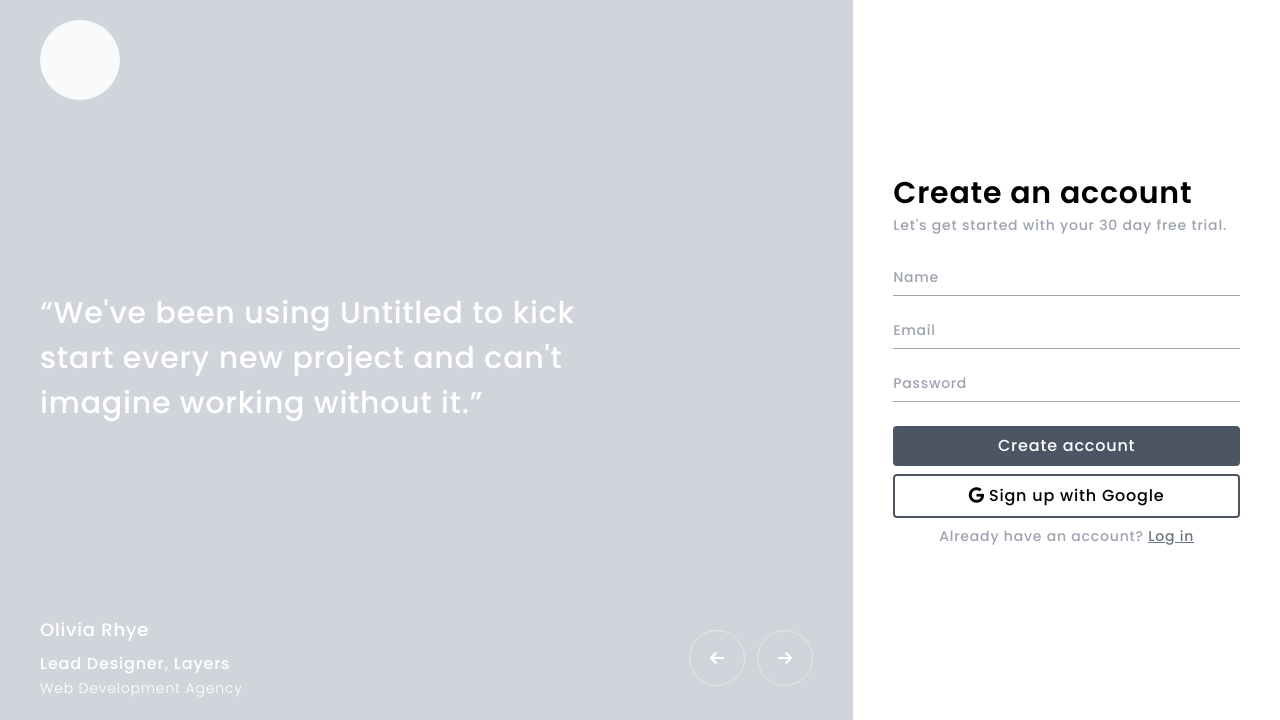
Repository: debthebuilder/youtube-html-contact-form-tailwindcss
Page: contact.html
An editor plug-in stored every save of this project. The page is shown before and after the next save, followed by the edit.
The browser window is 1280 px wide. The pictures show the whole page.
Some web libraries are served in a nearby version.

Above is the page before, as saved 2022-08-03 07:04:00.

### contact.html
<!DOCTYPE html>
<html lang="en">
<head>
    <meta charset="UTF-8">
    <meta http-equiv="X-UA-Compatible" content="IE=edge">
    <meta name="viewport" content="width=device-width, initial-scale=1.0">
    <link rel="stylesheet" href="https://cdnjs.cloudflare.com/ajax/libs/font-awesome/6.1.2/css/all.min.css" integrity="sha512-1sCRPdkRXhBV2PBLUdRb4tMg1w2YPf37qatUFeS7zlBy7jJI8Lf4VHwWfZZfpXtYSLy85pkm9GaYVYMfw5BC1A==" crossorigin="anonymous" referrerpolicy="no-referrer" />
    <link rel="preconnect" href="https://fonts.googleapis.com">
    <link rel="preconnect" href="https://fonts.gstatic.com" crossorigin>
    <link href="https://fonts.googleapis.com/css2?family=Poppins:wght@300;500;600&display=swap" rel="stylesheet">
    <link href="stylesheet.css" rel="stylesheet">
    <script src="https://cdn.tailwindcss.com"></script>
    <title>Responsive HTML Contact Form with Tailwind CSS</title>
</head>
<body>
    <div class="w-full h-screen flex tracking-wider">
        <!--Background Image with Overlay text-->
        <div class="hidden md:block md:w-4/6 text-white bg-gray-300  md:flex md:flex-col md:justify-between py-5 px-10  bgImg">
            <a href="#" class="block">
                <div class="w-20 h-20 bg-gray-50 rounded-full"></div>
            </a>
            <q class="text-3xl leading-normal w-3/4">We've been using Untitled to kick start every new project and can't imagine working without it.</q>
            <div class="flex flex-row items-center justify-between">
                <div>
                    <h3 class="mb-2 text-lg">Olivia Rhye</h3>
                    <div class="font-normal">Lead Designer, Layers</div>
                    <span class="font-light text-sm">Web Development Agency</span>
                </div>
                <div class="flex">
                    <span class="w-14 h-14 flex items-center justify-center border rounded-full">
                        <i class="fa-solid fa-arrow-left"></i>
                    </span>
                    <span class="w-14 h-14 flex items-center justify-center border rounded-full ml-3">
                        <i class="fa-solid fa-arrow-right"></i>
                    </span>

                </div>
            </div>
        </div>
        <!--Form-->
        <div class="w-full md:w-2/6 px-3 md:px-10 flex flex-col justify-center">
            <a href="#" class="block md:hidden mb-2">
                <div class="w-20 h-20 bg-gray-500 rounded-full"></div>
            </a>
            <h2 class="text-2xl lg:text-3xl font-semibold">Create an account</h2>
            <span class="text-xs md:text-sm text-gray-400 mt-1">Let's get started with your 30 day free trial.</span>
            <form class="mt-5">
                <input type="text" name="name" placeholder="Name" class="w-full border-b border-gray-400 placeholder:text-gray-400 pb-2  text-sm tracking-wider focus:outline-none focus:border-0 focus:border-b-2 my-3">
                <input type="email" name="email" placeholder="Email" class="w-full border-b border-gray-400 placeholder:text-gray-400 pb-2  text-sm tracking-wider focus:outline-none focus:border-0 focus:border-b-2 my-3">
                <input type="password" name="password" placeholder="Password" class="w-full border-b border-gray-400 placeholder:text-gray-400 pb-2  text-sm tracking-wider focus:outline-none focus:border-0 focus:border-b-2 my-3">
                <div class="mt-3">
                    <button class="block bg-gray-600 w-full py-2 rounded my-2 text-white text-sm md:text-base">Create account</button>
                    <button class="block border-2 border-gray-600  w-full py-2 my-2 rounded text-sm md:text-base"><span class="mr-1"><i class="fa-brands fa-google"></i></span>Sign up with Google</button>
                </div>
                <p class="text-center text-xs md:text-sm text-gray-400 mt-2">Already have an account? <a href="#" class="underline text-gray-500">Log in</a></p>
            </form>



        </div>
    </div>
</body>
</html>

### stylesheet.css
body{
    font-family: 'Poppins', sans-serif;
}

.bgImg {
    width: 100%;
    background: url(/assets/bg2.png) no-repeat right center fixed;
}

After the next save:
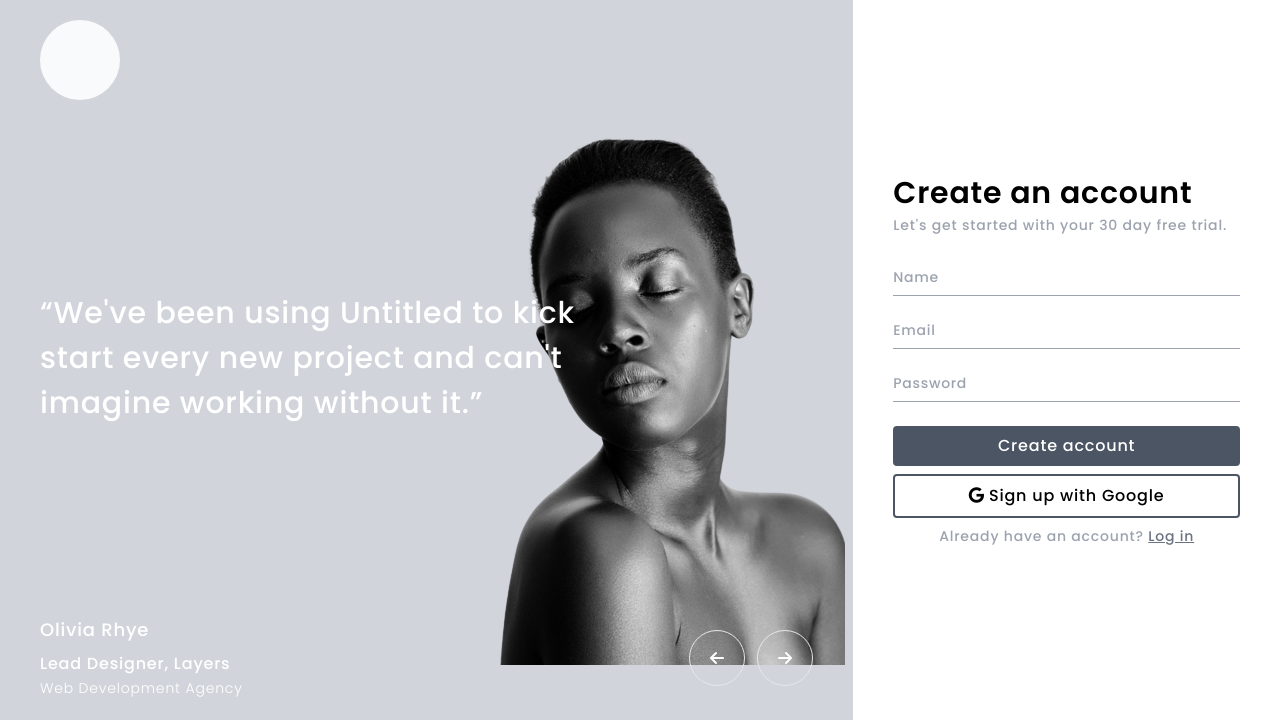
Saved 20 s later.
--- a/stylesheet.css
+++ b/stylesheet.css
@@ -4,5 +4,5 @@
 
 .bgImg {
     width: 100%;
-    background: url(/assets/bg2.png) no-repeat right center fixed;
+    background: url(/assets/bg2.png) no-repeat center center fixed;
 }

After the save that followed:
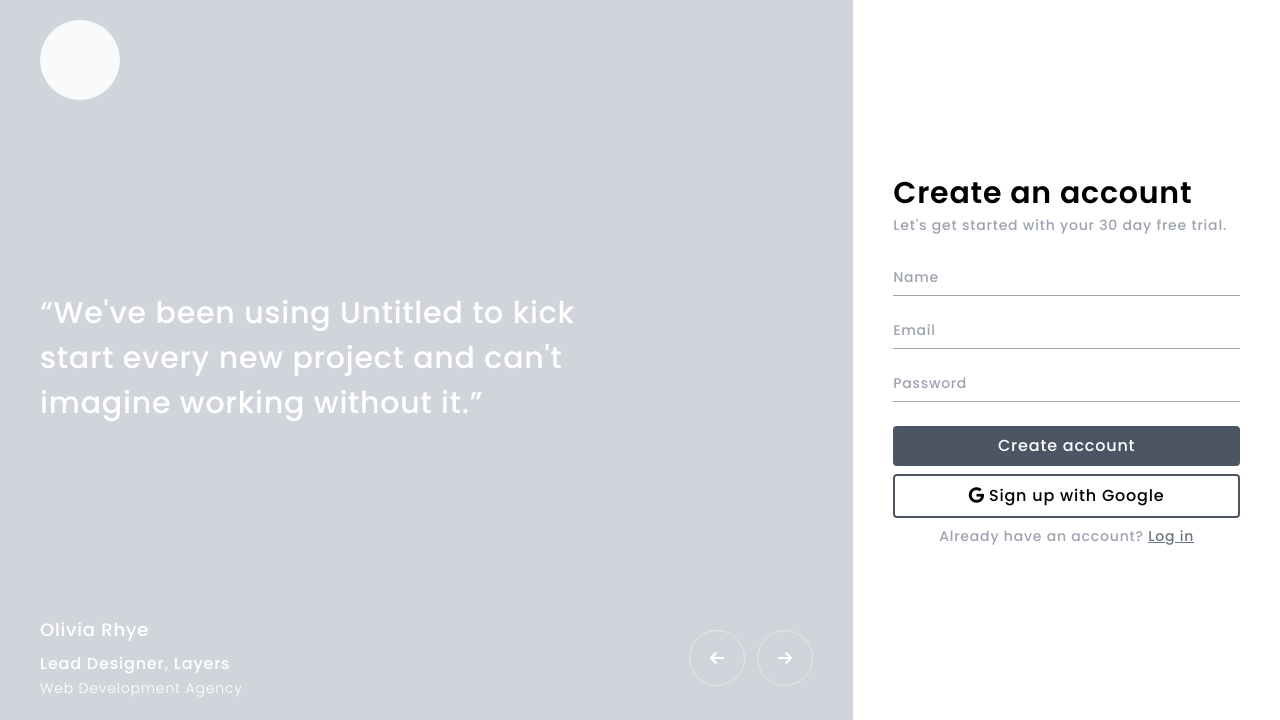
Saved 4 s later.
--- a/stylesheet.css
+++ b/stylesheet.css
@@ -4,5 +4,5 @@
 
 .bgImg {
     width: 100%;
-    background: url(/assets/bg2.png) no-repeat center center fixed;
+    background: url(/assets/bg2.png) no-repeat center right fixed;
 }
